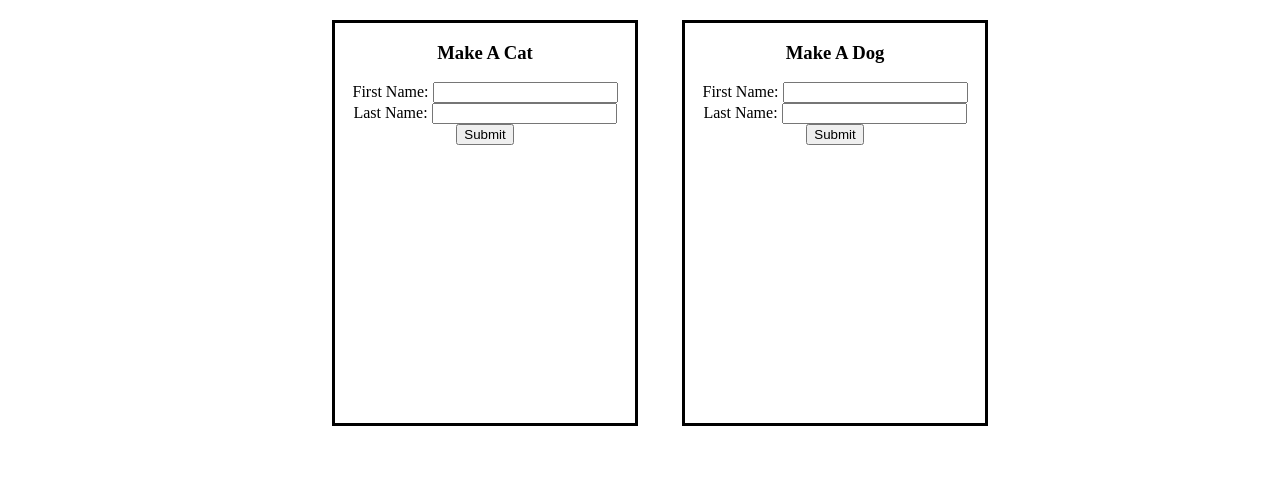
Repository: a-rydzak/Java
Page: http://localhost/Setup/Home
These files come from the project's save history. The page is drawn as it stood at one moment and after the next save; the edit follows.
The browser window is 1280 px wide. The pictures show the whole page.
The page is served by Tomcat 9.

Above is the page before, as saved 2019-07-11 14:31:08.

After the next save:
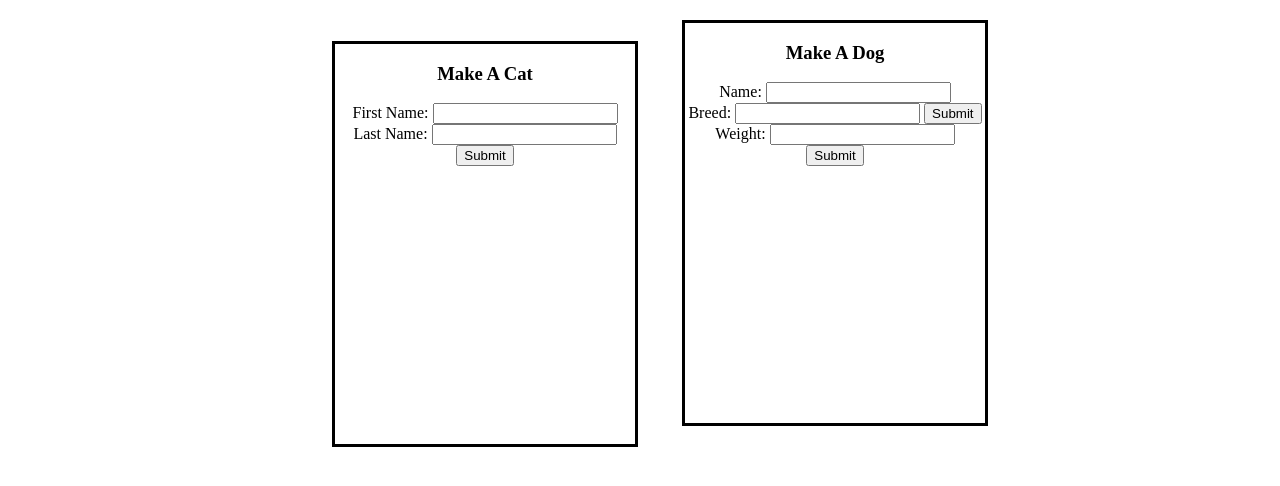
Saved 71 s later.
--- a/Java MVC/Pets/Setup/WebContent/WEB-INF/view/Home.jsp
+++ b/Java MVC/Pets/Setup/WebContent/WEB-INF/view/Home.jsp
@@ -25,9 +25,11 @@
 		<div class="petForm">
 			<h3>Make A Dog</h3>
 		      <form action = "/Dogs" method = "POST">
-		         First Name: <input type = "text" name = "first_name">
+		         Name: <input type = "text" name = "first_name">
 		         <br />
-		         Last Name: <input type = "text" name = "last_name" />
+		         Breed: <input type = "text" name = "last_name" />
+		         <input type = "submit" value = "Submit" />
+		         Weight: <input type = "text" name = "last_name" />
 		         <input type = "submit" value = "Submit" />
 		      </form>
 		</div>
